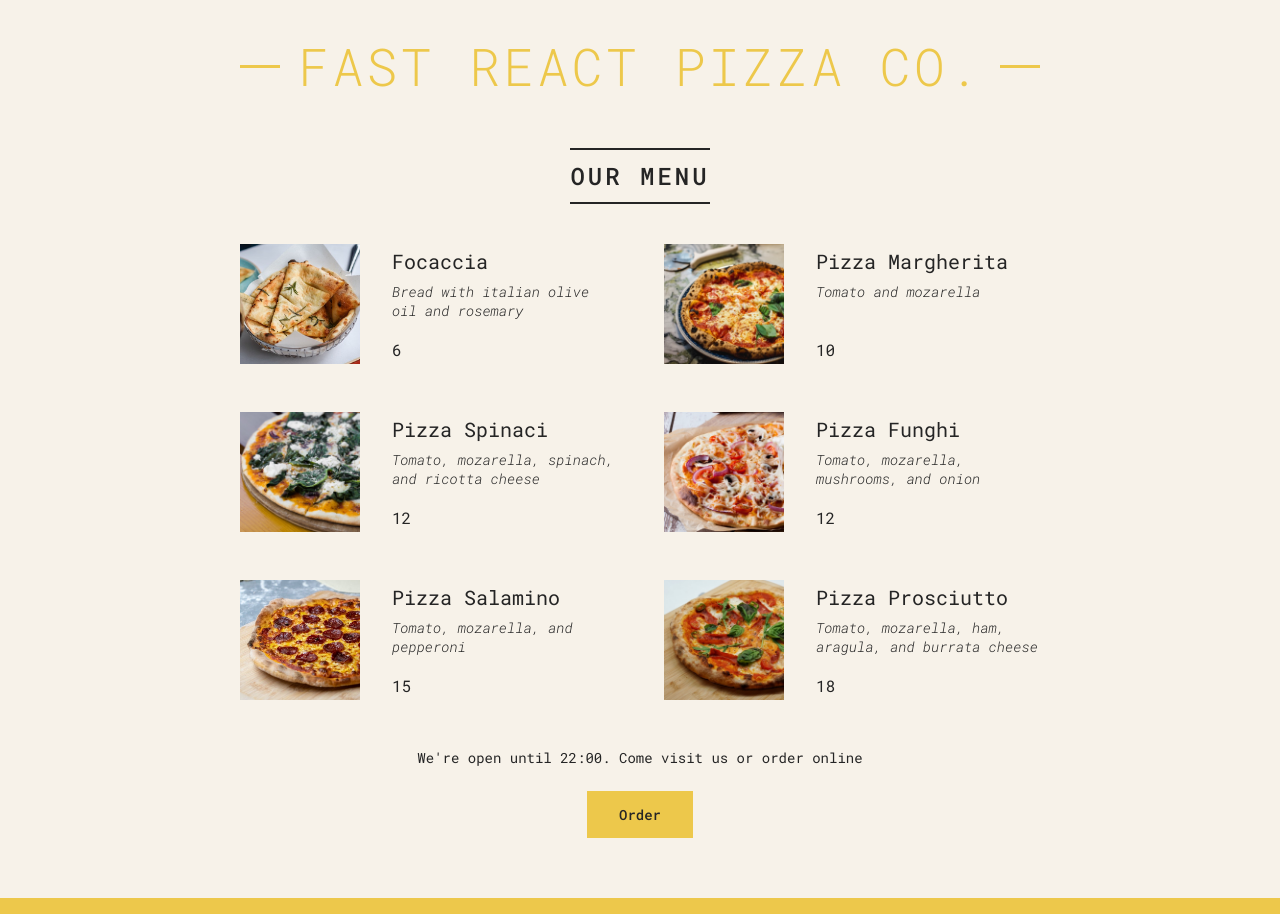
Repository: ahmedharidy/First-React-App
Page: /
The author's editor kept a copy of each file at every save. The page is drawn from the files as they stood at one save, then again after a run of saves.
The browser window is 1280 px wide. The pictures show the whole page.
The project was rebuilt for these pictures with package versions that can differ from the ones it lists, and the page was loaded fresh each time.

Above is the page before, as saved 2026-09-23 01:16:16.

After the next 2 saves:
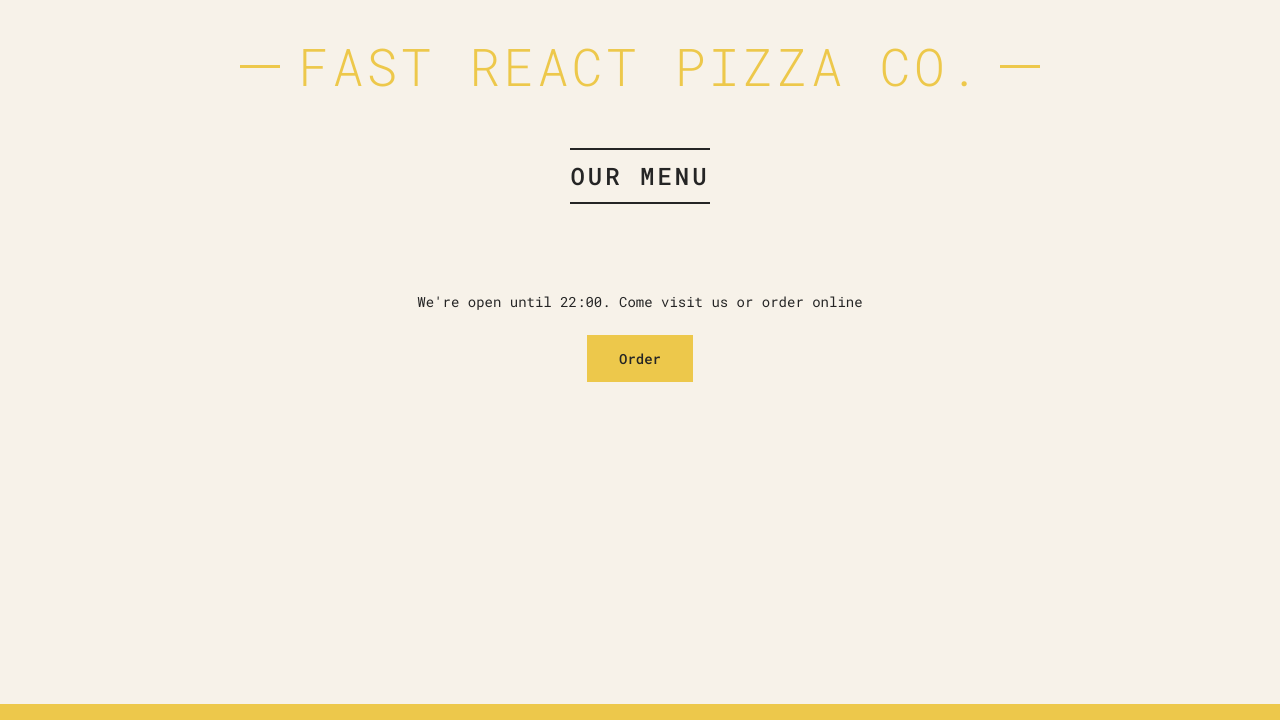
The 2 saves are shown as one change because 1 did not build or start.
The last was saved 49 s later.
--- a/src/index.js
+++ b/src/index.js
@@ -66,7 +66,8 @@
   );
 }
 function Menu() {
-  const pizzas = pizzaData;
+  //   const pizzas = pizzaData;
+  const pizzas = [];
   return (
     <main className="menu">
       <h2>Our menu</h2>

After the save that followed:
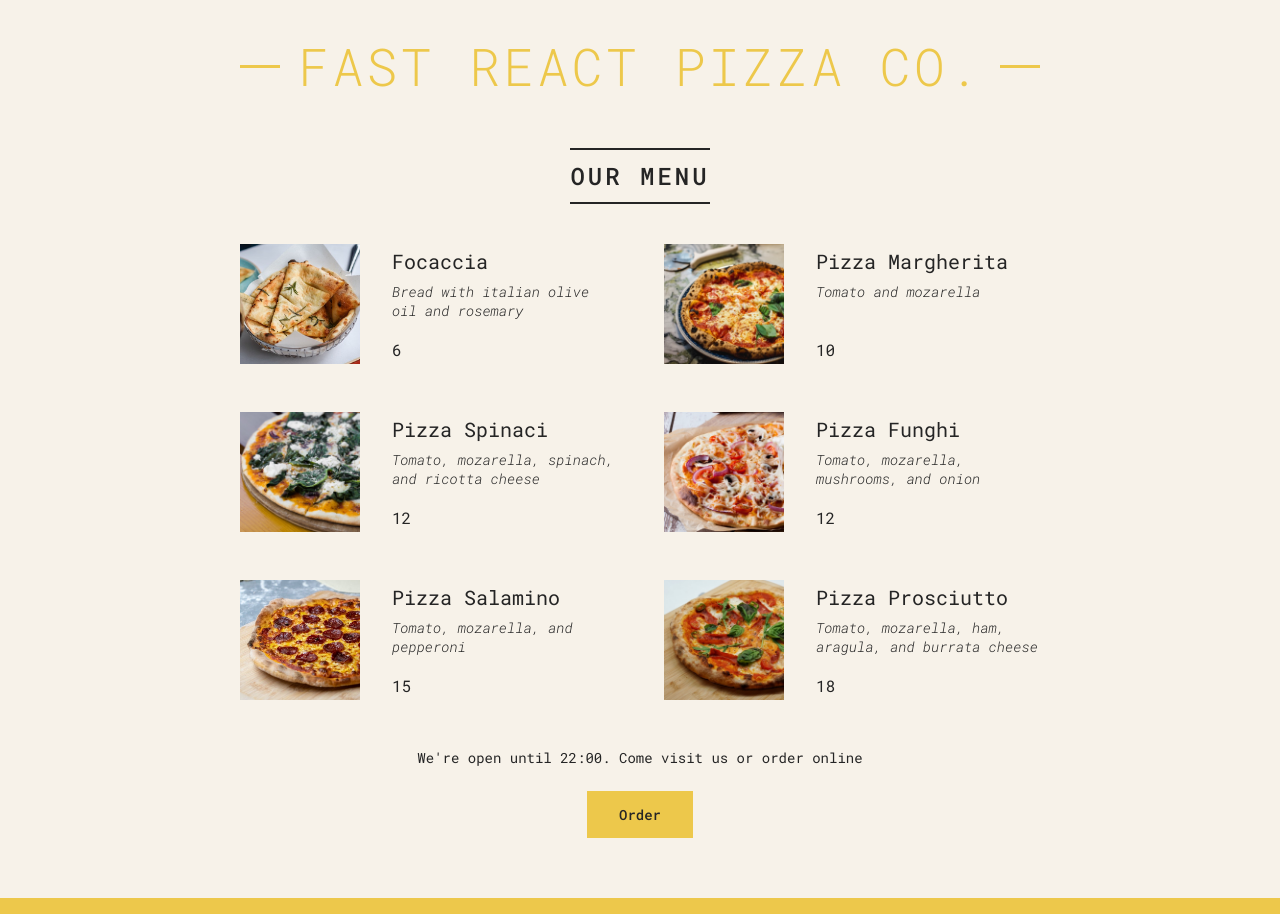
Saved 10 s later.
--- a/src/index.js
+++ b/src/index.js
@@ -66,8 +66,7 @@
   );
 }
 function Menu() {
-  //   const pizzas = pizzaData;
-  const pizzas = [];
+  const pizzas = pizzaData;
   return (
     <main className="menu">
       <h2>Our menu</h2>
